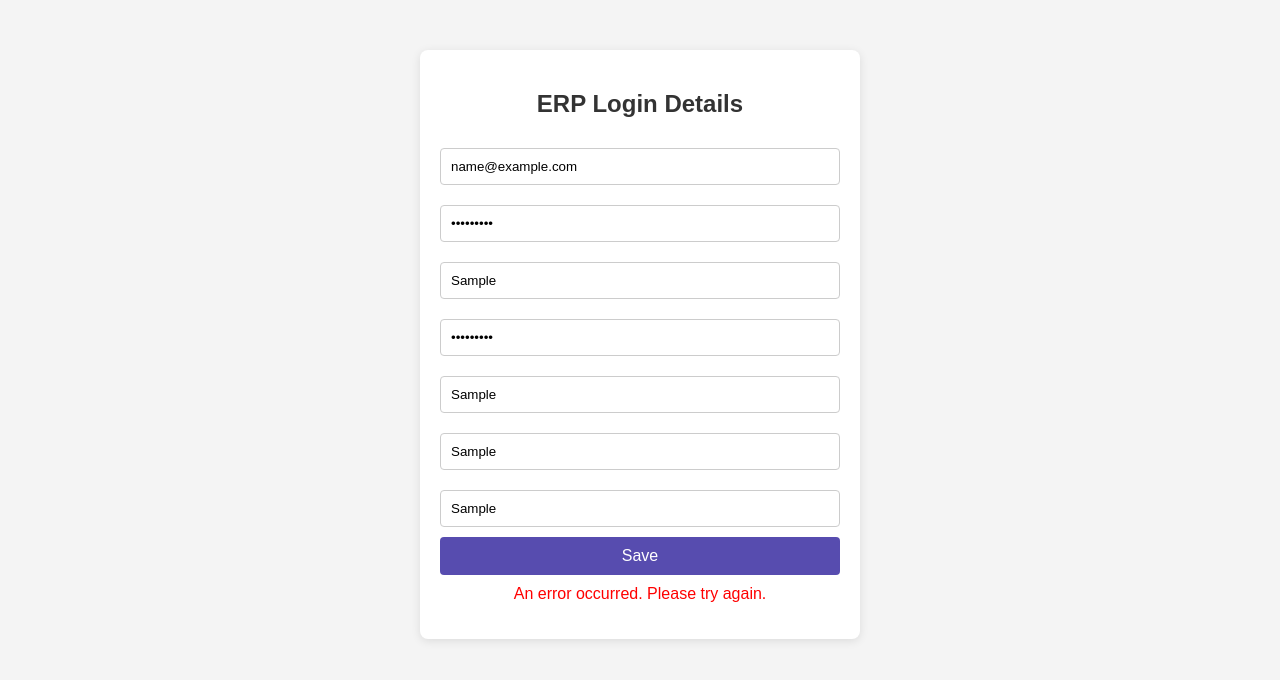
Repository: gopikant21/ERP_AUTO_LOGIN
Page: form.html
These files come from the project's save history. The page is drawn as it stood at one moment and after the next save; the edit follows.
The browser window is 1280 px wide. The pictures show the whole page.
Empty fields were first filled with sample values (such as "Sample", 5 or name@example.com).
After loading, the first visible `#saveBtn` was clicked once.
The page's requests for data from a server got no answer.

Above is the page before, as saved 2024-10-09 00:01:20.

### form.html
<!DOCTYPE html>
<html lang="en">
<head>
  <meta charset="UTF-8">
  <meta name="viewport" content="width=device-width, initial-scale=1.0">
  <title>ERP Credentials</title>
  <link rel="stylesheet" href="form.css">
</head>
<body>
  <div class="form-container">
    <h2>ERP Login Details</h2>
    <input type="email" id="email" placeholder="Enter your email" class="input-field" required>
    <input type="password" id="email-password" placeholder="Enter your password" class="input-field" required>
    <input type="text" id="erp-username" placeholder="ERP Username" class="input-field" required>
    <input type="password" id="erp-password" placeholder="ERP Password" class="input-field" required>
    <!-- Additional fields -->
    <input type="text" id="favorite-food" placeholder="Favorite Food" class="input-field" required>
    <input type="text" id="favorite-song" placeholder="Favorite Song" class="input-field" required>
    <input type="text" id="first-school" placeholder="First School" class="input-field" required>
    <button id="saveBtn">Save</button>
    <p id="msg"></p>
  </div>

  <script src="form.js"></script>
</body>
</html>

### form.css
body {
    font-family: 'Arial', sans-serif;
    background-color: #f4f4f4;
    margin: 0;
    padding: 0;
  }
  .form-container {
    max-width: 400px;
    margin: 50px auto;
    padding: 20px;
    background-color: white;
    border-radius: 8px;
    box-shadow: 0 2px 10px rgba(0, 0, 0, 0.1);
  }
  h2 {
    text-align: center;
    color: #333;
  }
  .input-field {
    width: 100%;
    padding: 10px;
    margin: 10px 0;
    border: 1px solid #ccc;
    border-radius: 4px;
    box-sizing: border-box;
    transition: border-color 0.3s;
  }
  .input-field:focus {
    border-color: #4CAF50;
    outline: none;
  }
  button {
    width: 100%;
    padding: 10px;
    background-color: #574caf;
    color: white;
    border: none;
    border-radius: 4px;
    cursor: pointer;
    font-size: 16px;
    transition: background-color 0.3s;
  }
  button:hover {
    background-color: #4545a0;
  }
  #msg {
    text-align: center;
    color: #4caf61;
    margin-top: 10px;
  }

### form.js
document.getElementById("saveBtn").addEventListener("click", async function () {
  const email = document.getElementById("email").value;
  const email_password = document.getElementById("email-password").value;
  const erp_username = document.getElementById("erp-username").value;
  const erp_password = document.getElementById("erp-password").value;
  const food = document.getElementById("favorite-food").value;
  const song = document.getElementById("favorite-song").value;
  const school = document.getElementById("first-school").value;

  const msg = document.getElementById("msg");

  // Check if all fields are filled
  if (email && email_password && erp_username && erp_password && food && song && school) {
    try {
      // Send ERP credentials to backend API to save in the database
      const response = await fetch("http://localhost:3000/save-credentials", {
        method: "POST",
        headers: {
          "Content-Type": "application/json",
        },
        body: JSON.stringify({
          email,
          email_password,
          erp_username,
          erp_password,
          food,
          song,
          school,
        }),
      });

      if (response.ok) {
        msg.textContent = 'Credentials saved successfully!';
        msg.style.color = 'green';

        // Close the current page
        window.close(); // This will close the page if opened by a script
      } else {
        msg.textContent = 'Failed to save credentials. Please try again.';
        msg.style.color = 'red';
      }
    } catch (error) {
      console.error('Error:', error);
      msg.textContent = 'An error occurred. Please try again.';
      msg.style.color = 'red';
    }
  } else {
    msg.textContent = 'Please fill in all fields.';
    msg.style.color = 'red';
  }
});

After the next save:
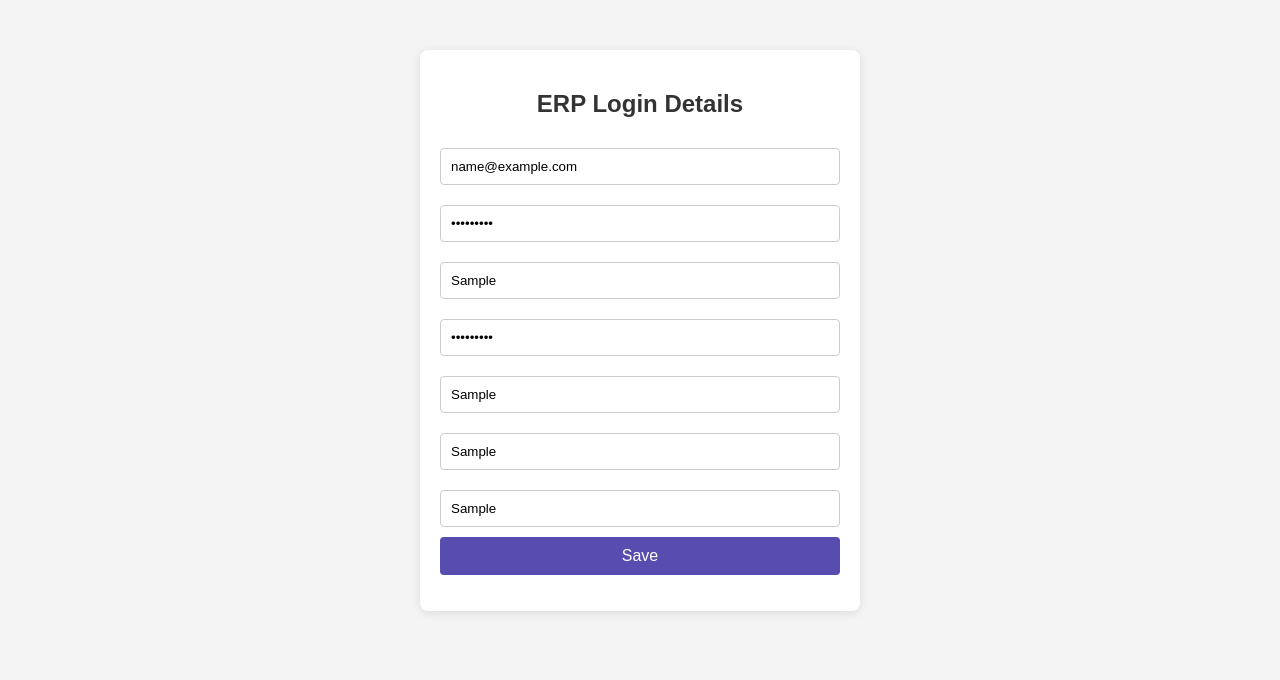
Saved 3 min 18 s later.
--- a/form.js
+++ b/form.js
@@ -6,8 +6,6 @@ document.getElementById("saveBtn").addEventListener("click", async function () {
   const food = document.getElementById("favorite-food").value;
   const song = document.getElementById("favorite-song").value;
   const school = document.getElementById("first-school").value;
-
-  const msg = document.getElementById("msg");
 
   // Check if all fields are filled
   if (email && email_password && erp_username && erp_password && food && song && school) {
@@ -30,22 +28,22 @@ document.getElementById("saveBtn").addEventListener("click", async function () {
       });
 
       if (response.ok) {
-        msg.textContent = 'Credentials saved successfully!';
-        msg.style.color = 'green';
+        // Show success alert
+        alert('Credentials saved successfully!');
 
         // Close the current page
         window.close(); // This will close the page if opened by a script
       } else {
-        msg.textContent = 'Failed to save credentials. Please try again.';
-        msg.style.color = 'red';
+        // Show failure alert
+        alert('Failed to save credentials. Please try again.');
       }
     } catch (error) {
       console.error('Error:', error);
-      msg.textContent = 'An error occurred. Please try again.';
-      msg.style.color = 'red';
+      // Show error alert
+      alert('An error occurred. Please try again.');
     }
   } else {
-    msg.textContent = 'Please fill in all fields.';
-    msg.style.color = 'red';
+    // Show alert if not all fields are filled
+    alert('Please fill in all fields.');
   }
 });
